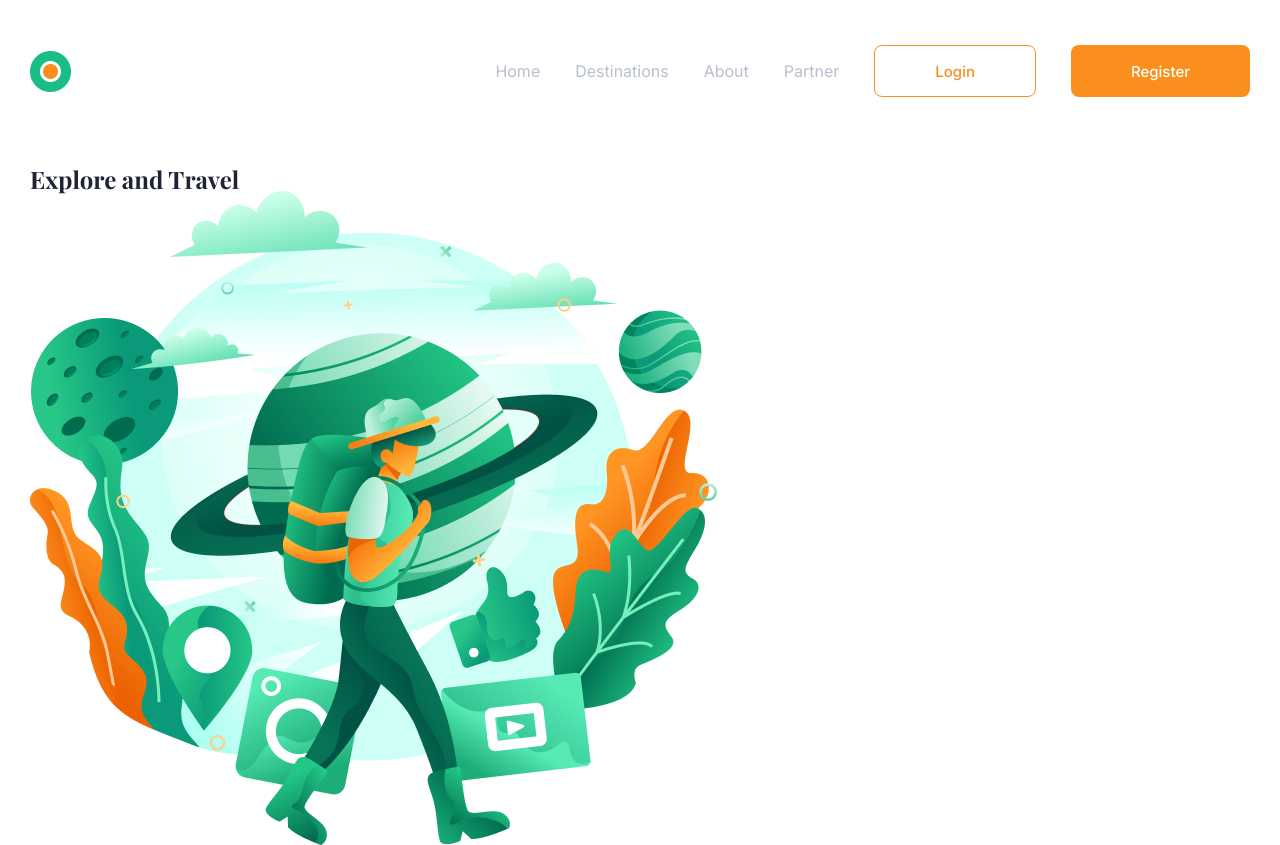
Repository: long5122000/sunny
Page: index.html
The author's editor kept a copy of each file at every save. The page is drawn from the files as they stood at one save, then again after the next save.
The browser window is 1280 px wide. The pictures show the whole page.
The style sheet was rebuilt from its Sass, Less or Tailwind sources for each picture, by a compiler version that may differ from the author's.

Above is the page before, as saved 2021-11-24 20:00:12.

After the next save:
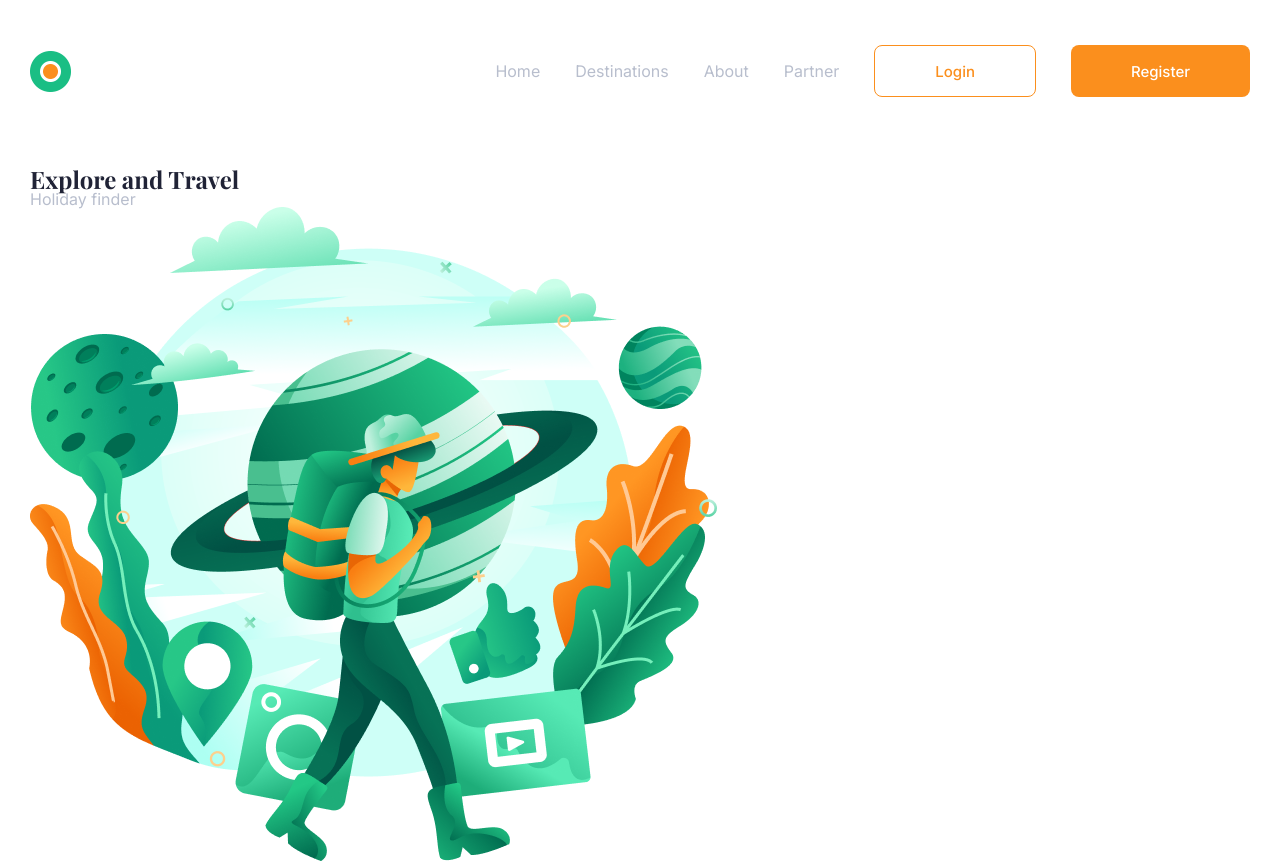
Saved 15 s later.
--- a/index.html
+++ b/index.html
@@ -48,7 +48,7 @@
             <div class="hero-main">
               <div class="hero-content">
                 <h1 class="heading hero-heading">Explore and Travel</h1>
-                <div class="hero-caption"></div>
+                <div class="hero-caption">Holiday finder</div>
               </div>
               <div class="hero-image">
                 <img srcset="./images/img1.png 2x" alt="" />
